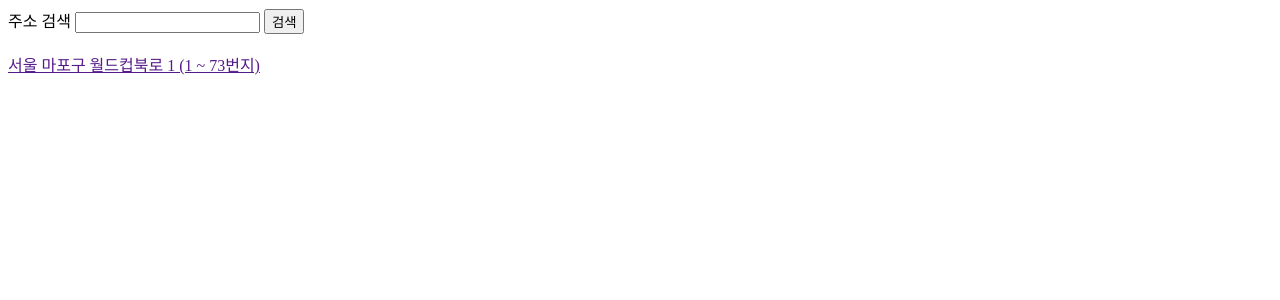
Repository: lolsoyeon/WebStudy
Page: WebApp03/WebContent/Test032.html
The author's editor kept a copy of each file at every save. The page is drawn from the files as they stood at one save, then again after the next save.
The browser window is 1280 px wide. The pictures show the whole page.

Above is the page before, as saved 2022-10-06 06:19:41.

### WebApp03/WebContent/Test032.html
<!DOCTYPE html>
<html>
<head>
<meta charset="UTF-8">
<title>Test032.html</title>
</head>
<body>


<div>
	<form>
		주소 검색 <input> <input type="button" value="검색">
		<br><br>

		<a href="">서울 마포구 월드컵북로 1 (1 ~ 73번지)</a>
	</form>
</div>

</body>
</html>

After the next save:
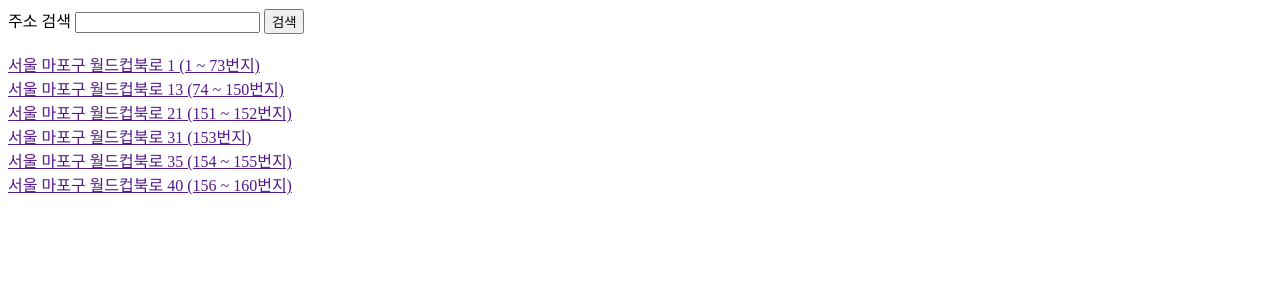
Saved 75 s later.
--- a/WebApp03/WebContent/Test032.html
+++ b/WebApp03/WebContent/Test032.html
@@ -12,7 +12,12 @@
 		주소 검색 <input> <input type="button" value="검색">
 		<br><br>
 
-		<a href="">서울 마포구 월드컵북로 1 (1 ~ 73번지)</a>
+		<a href="">서울 마포구 월드컵북로 1 (1 ~ 73번지)</a><br>
+		<a href="">서울 마포구 월드컵북로 13 (74 ~ 150번지)</a><br>
+		<a href="">서울 마포구 월드컵북로 21 (151 ~ 152번지)</a><br>
+		<a href="">서울 마포구 월드컵북로 31 (153번지)</a><br>
+		<a href="">서울 마포구 월드컵북로 35 (154 ~ 155번지)</a><br>
+		<a href="">서울 마포구 월드컵북로 40 (156 ~ 160번지)</a><br>
 	</form>
 </div>
 
